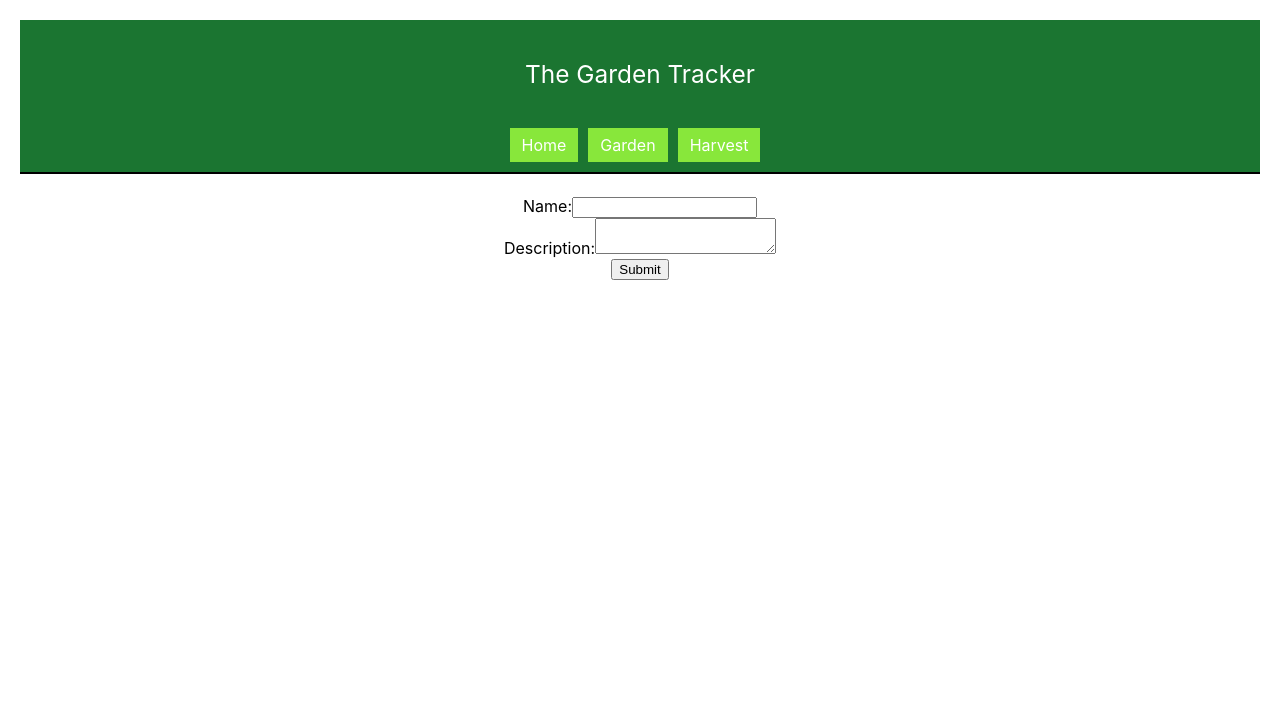
Repository: charliejp0311/ReactReduxFinal
Page: /garden (app in gardentracker/)
These files come from the project's save history. The page is drawn as it stood at one moment and after the next save; the edit follows.
The browser window is 1280 px wide. The pictures show the whole page.
The page's requests for data from a server got no answer. The project was rebuilt for these pictures with package versions that can differ from the ones it lists, and the page was loaded fresh each time. No one was signed in, and anything a server would have sent is missing. Also part of the build but not shown: gardentracker/src/containers/GardenbookContainer.js, gardentracker/src/components/GardenPlant.js, gardentracker/src/components/HarvestPlant.js, gardentracker/src/containers/HarvestContainer.js, gardentracker/src/components/UpdatePlantForm.js, gardentracker/src/components/NoteForm.js, gardentracker/src/components/noteList.js, gardentracker/src/containers/PlantContainer.js and 1 more.

Above is the page before, as saved 2020-11-12 09:29:04.

### gardentracker/src/index.js
import React from 'react';
import ReactDOM from 'react-dom';
//style
import './index.css';
//APP
import App from './containers/App';
//Reducer
import reducer from './redux/index'
//router
import { BrowserRouter } from "react-router-dom";
//store and middleware
import { Provider } from 'react-redux';
import { applyMiddleware, createStore } from 'redux';
import { composeWithDevTools } from 'redux-devtools-extension';
import thunk from 'redux-thunk';

const store = createStore(reducer, composeWithDevTools(
  applyMiddleware(thunk),
));


ReactDOM.render(
  <Provider store={store}>
    <BrowserRouter>
      <App />
    </BrowserRouter>
  </Provider>,
  document.getElementById('root')
);

### gardentracker/src/containers/App.js
import React,{Component} from 'react';
import '../App.css';
import { connect } from 'react-redux';
import {startSetGardenbook} from '../redux/actions';
import {Switch,Route} from 'react-router-dom';
import GardenbookContainer from './GardenbookContainer';
import GardenContainer from './GardenContainer';
import HarvestContainer from './HarvestContainer';
import PlantContainer from './PlantContainer';
import NavBar from '../components/Navbar';
import HarvestedPlant from '../components/HarvestedPlant';

class App extends Component {


  componentDidMount(){
    this.props.startSetGardenbook();

  };

  render(){
    return (
      <div className="App">
          <header className="App-header">
            The Garden Tracker
          </header>
          <NavBar />
          <Switch>
            <Route exact path='/' render={(props)=><GardenbookContainer {...props} />} />
            <Route exact path='/garden' render={(props)=><GardenContainer {...props} />}/>
            <Route exact path='/harvest' render={(props)=><HarvestContainer {...props}/>}/>
            <Route exact path='/plants/:id' render={(props)=><PlantContainer {...props}  />}/>
            <Route exact path='/harvested_plant/:id' render={props=><HarvestedPlant {...props} />} />
          </Switch>
      </div>
    );
  };
}

export default connect(null, {startSetGardenbook})(App);

### gardentracker/src/redux/index.js
import { combineReducers } from 'redux';
import garden from './GardenReducer'

export default combineReducers({
    garden
})

### gardentracker/src/App.css
.App {
  text-align: center;
  transition: margin-left .5s;
  padding: 20px;
}

.App-logo {
  height: 40vmin;
  pointer-events: none;
}

/* @media (prefers-reduced-motion: no-preference) {
  .App-logo {
    animation: App-logo-spin infinite 20s linear;
  }
} */

.App-header {
  background-color: #1b7531;
  min-height: 15vh;
  display: flex;
  flex-direction: column;
  align-items: center;
  justify-content: center;
  font-size: calc(10px + 2vmin);
  color: white;
}
.sidenav {
  height: 100%;
  /* 100% Full-height */
  width: 0;
  /* 0 width - change this with JavaScript */
  position: fixed;
  /* Stay in place */
  z-index: 1;
  /* Stay on top */
  top: 0;
  /* Stay at the top */
  left: 0;
  background-color: #1b7531;
  /* Black*/
  overflow-x: hidden;
  /* Disable horizontal scroll */
  padding-top: 60px;
  /* Place content 60px from the top */
  transition: 0.5s;
  /* 0.5 second transition effect to slide in the sidenav */
}

/* The navigation menu links */
.sidenav a {
  padding: 8px 8px 8px 32px;
  text-decoration: none;
  font-size: 25px;
  color: #818181;
  display: block;
  transition: 0.3s;
}

/* When you mouse over the navigation links, change their color */
.sidenav a:hover {
  color: #f1f1f1;
}

/* Position and style the close button (top right corner) */
.sidenav .closebtn {
  position: absolute;
  top: 0;
  right: 25px;
  font-size: 36px;
  margin-left: 50px;
}



/* On smaller screens, where height is less than 450px, change the style of the sidenav (less padding and a smaller font size) */
@media screen and (max-height: 450px) {
  .sidenav {
    padding-top: 15px;
  }

  .sidenav a {
    font-size: 18px;
  }
}

ul {
  list-style: none;
}

.garden div {
  column-count: auto;
}
.App-link {
  color: #beebf8;
}

.garden {
  display: grid;
  grid-template-columns: 3fr;
  grid-template-rows: auto;
  grid-gap: 25px;
  padding-top: 10px;
  padding-bottom: 30px;
}

.plant {
  height: auto;
  width: auto;
  box-shadow: 10px 10px grey;
  padding: 10px;
  border-radius: 10px;
}

.navBar a:link,
.navBar a:visited {
  background-color: #88e73b;
  color: white;
  padding: 7px 12px;
  text-align: center;
  text-decoration: none;
  display: inline-block;
}

.navBar a:hover,
.navBar a:active {
  background-color: #1b7531;
}

@keyframes App-logo-spin {
  from {
    transform: rotate(0deg);
  }
  to {
    transform: rotate(360deg);
  }
}

### gardentracker/src/redux/actions.js

export const startSetGardenbook = () => {
    return(dispatch, getState)=>{
        fetch('http://localhost:3001/gardenbooks/1')
            .then(resp=>resp.json())
            .then(data=> dispatch(setGardenbook(data)))
    };
};

export const startAddPlant = (plantData={}) => {
    const {name,description,gardenbook_id} = plantData;
    const plant ={
        name,
        description,
        gardenbook_id,
    };
    let configObj = {
        method: "POST",
        headers: {
            "Content-Type": "application/json",
            "Accept": "application/json"
        },
        body: JSON.stringify(plant)
    };
    return (dispatch, getState) =>{
        fetch(`http://localhost:3001/plants`, configObj )
        .then(resp=>resp.json())
        .then(json=>dispatch(addPlant(json)))
    };
};

export const startUpdatePlant = (plantData={}) => {
    const {name,description,gardenbook_id, id, growing} = plantData;
    const plant ={
        id,
        name,
        description,
        gardenbook_id,
        growing,
    };
    let configObj = {
        method: "PATCH",
        headers: {
            "Content-Type": "application/json",
            "Accept": "application/json"
        },
        body: JSON.stringify(plant)
    };
    return (dispatch, getState) =>{
        fetch(`http://localhost:3001/plants/${plant.id}`, configObj )
        .then(resp=>resp.json())
        .then(json=>dispatch(updatePlant(json)))
    };
};

export const startDeletePlant = (plantData={}) => {
    const {name,description,gardenbook_id, id, growing} = plantData;
    const plant ={
        id,
        name,
        description,
        gardenbook_id,
        growing,
    };
    let configObj = {
        method: "DELETE",
        headers: {
            "Content-Type": "application/json",
            "Accept": "application/json"
        },
        body: JSON.stringify(plant)
    };
    return (dispatch, getState) =>{
        fetch(`http://localhost:3001/plants/${plant.id}`, configObj )
        .then(resp=>resp.json())
        .then(json=>dispatch(deletePlant(json)))
    };
};
export const startDeleteNote = (id = '') => {
    const note = {
        id: id,
    }
    let configObj = {
        method: "DELETE",
        headers: {
            "Content-Type": "application/json",
            "Accept": "application/json"
        },
        body: JSON.stringify(note),
    };
    return (dispatch, getState) =>{
        fetch(`http://localhost:3001/notes/${note.id}`, configObj )
        .then(resp=>resp.json())
        .then(json=>dispatch(deleteNote(json)))
    };
};

export const startAddNote = (noteData={}) => {
    const {note,plant_id,gardenbook_id,actionId} = noteData;
    const newNote ={
        note,
        plant_id,
        gardenbook_id,
        action_id: actionId
    };
    let configObj = {
        method: "POST",
        headers: {
            "Content-Type": "application/json",
            "Accept": "application/json"
        },
        body: JSON.stringify(newNote)
    };
    return (dispatch, getState) =>{
        fetch(`http://localhost:3001/notes`, configObj )
        .then(resp=>resp.json())
        .then(json=>dispatch(addNote(json)))
    };
};

export const setGardenbook = (book)=>{
    return{
        type: "SET_GARDENBOOK",
        book
    }
}


//PLANTS
export const addPlant = (plant) => {
    return {type: 'ADD_PLANT',plant}
}
export const updatePlant = (plant) =>{
    return {type: 'UPDATE_PLANT',plant}
}
export const deletePlant = (plant) => {
    return {type: 'DELETE_PLANT',plant}
}
export const harvestPlant = (plant) => {
    return {type: 'HARVEST_PLANT',plant}
}

////NOTES

export const addNote = (note) => {
    return {type: 'ADD_NOTE',note}
}
export const deleteNote = (note) => {
    return {type: 'DELETE_NOTE',note}
}

### gardentracker/src/containers/GardenContainer.js
import React,{Component} from 'react';
import {connect} from 'react-redux';
import  PlantForm  from "../components/PlantForm";
import  PlantList  from "../components/PlantList";
import {SideNav} from '../components/sideNav'


class GardenContainer extends Component{

    render(){
        const plant = {}
        return(
        <div className='garden'>
            {/* <SideNav key={this.props.id} /> */}
            {this.props.SideNav(this.props.garden)}
            <PlantForm plant={plant} gardenbook_id={this.props.id} />
            <PlantList garden={this.props.garden} notes={this.props.notes}/>
        </div>
        );
    };
};

const mapStateToProps = state => {
    return{
        id: state.garden.id,
        garden: state.garden.garden,
        notes: state.garden.notes
    }
}

export default connect(mapStateToProps,{SideNav})(GardenContainer);

### gardentracker/src/components/Navbar.js
import React from 'react';
import { NavLink } from 'react-router-dom';

const NavBar = () => {
  return (
    <div className='navBar' style={{ borderBottom: '2px solid black', paddingBottom: '10px', marginBottom: '12px', background: '#1b7531' }}>
      <NavLink
        style={{ marginRight: '10px' }}
        to="/"
      >
        Home
      </NavLink>
      <NavLink
        style={{ marginRight: '10px' }}
        to="/garden"
      >
        Garden
      </NavLink>
      <NavLink
        style={{ marginRight: '10px' }}
        to="/harvest"
      >
        Harvest
      </NavLink>
    </div>
  );
}

export default NavBar;

### gardentracker/src/redux/GardenReducer.js
export default function garden (state = {
    id: '',
    garden: [],
    harvest: [],
    notes: [],
    actions: []
},action){
    switch (action.type) {
        case 'SET_GARDENBOOK':
            let parts = action.book.included
            let gl = []
            let hl = []
            let nl = []
            let al = []
            parts.forEach(part => {
                switch (part.type) {
                    case "action":
                        al.push(part.attributes)
                        break;
                    case "note":
                        nl.push(part.attributes)

                        break;
                    case "plant":
                        if(part.attributes.growing){
                            gl.push(part.attributes)
                        } else {
                            hl.push(part.attributes)
                        }
                        break;

                    default:
                        break;
                }
            });
            return {
                id: action.book.data.id,
                notes: nl,
                garden: gl,
                harvest: hl,
                actions: al,
            };

        case 'ADD_PLANT':
            return {
                ...state,
                garden: state.garden.concat({name: action.plant.name})
            };
        case 'UPDATE_PLANT':
            const plant = action.plant.data.attributes
            const {garden} = state
            const newG = garden.slice(0,plant.id-1)
            newG.push(plant, ...garden.slice(plant.id,garden.length))

            return {
                ...state,
                garden: newG,
            };
        case 'ADD_NOTE':
            const notesData = action.note.data
            const actionsData = action.note.included
            const actions = actionsData.map(action=>{return(action.attributes)})
            const notes = notesData.map(note=>{return(note.attributes)})
            return {
                ...state,
                notes: notes,
                actions: actions,
            };

        case 'DELETE_PLANT':
            const plants = action.plant.included;
            const freshGarden = plants.filter(plant=>plant.attributes.growing ? plant.attributes : null)

            return {
                ...state,
                garden: freshGarden.flat(),
            };
        case 'DELETE_NOTE':
            const allNotes = action.note.included;
            const ns = allNotes.map(note=>{return(note.attributes)});

            return {
                ...state,
                notes: ns,
            };

        case 'HARVEST_PLANT':
            let p = state.plants.filter(plant=>plant.name===action.plant.name) ;
            let inTheGarden = state.plants.filter(plant=>plant.name!==action.plant.name);
            return{
                ...state,
                plants: inTheGarden,
                harvest: state.harvest.concat(p),
            };

        default:
            return state;
    };
};

### gardentracker/src/components/plantForm.js
import React,{Component} from "react";
import { connect } from "react-redux";
import { startAddPlant } from '../redux/actions'
import {startSetGardenbook} from '../redux/actions';

class PlantForm extends Component {
    constructor(props){
        // console.log(props)
        super(props);
        this.state = {
            name: '',
            description: '',
        }
    }
    handleChange=e=>{
      switch (e.target.name) {
        case 'name':
            this.setState({
                ...this.state,
                name: e.target.value
            })
            break;
        case 'description':
            this.setState({
                ...this.state,
                description: e.target.value
            });
            break;
        default:
            break;
      };
    };

    handleSubmit=e=>{
        e.preventDefault();
        this.props.startAddPlant({...this.state, gardenbook_id: this.props.gardenbook_id})
        this.setState({
            ...this.state,
            name: "",
            description: "",
        });
        this.props.startSetGardenbook();
    };
    render(){
        return(
            <form onSubmit={this.handleSubmit}>
                <label htmlFor='name' >
                    Name:
                    <input type='text' name='name' onChange={this.handleChange} value={this.state.name}/>
                </label><br />
                <label htmlFor='description' >
                    Description:
                    <textarea name='description' onChange={this.handleChange} value={this.state.description}/>
                </label><br />
                <input type='submit' />
            </form>
        );
    };
};


export default connect(null,{startAddPlant, startSetGardenbook})(PlantForm);

### gardentracker/src/components/plantList.js
import React, { Component } from "react";
import {connect} from 'react-redux';
import GardenPlant from "./GardenPlant";
import HarvestPlant from "./HarvestPlant";

class PlantList extends Component{
    testHarvest(){
        let plants = []
        if (this.props.garden) {
            plants = this.props.garden.map(plant=><GardenPlant key={plant.id} plant={plant} />)
        }else{
            plants = this.props.harvest.map(plant=><HarvestPlant key={plant.id} plant={plant} />)
        }
        return plants;
    }

    render(){
        return(
            <div>{this.testHarvest()}</div>
        );
    };
};

export default connect(null)(PlantList);

### gardentracker/src/components/sideNav.js
import React from 'react';

export const SideNav=(pl)=>{
    const linkList = pl.map(plant=>{return(<a key={plant.id} href={`/plants/${plant.id}`}>{plant.name}</a>)})
    ///i want this to be either the plant list in the garden or the plant list in the harvest
    //should ge as props a list of plant id's
    return(
        <div id='side-Bar' className='sidenav'>
            {linkList}
        </div>
    );
};

Loaded but not shown: gardentracker/public/index.html (common file); gardentracker/src/index.css (common file)

After the next save:
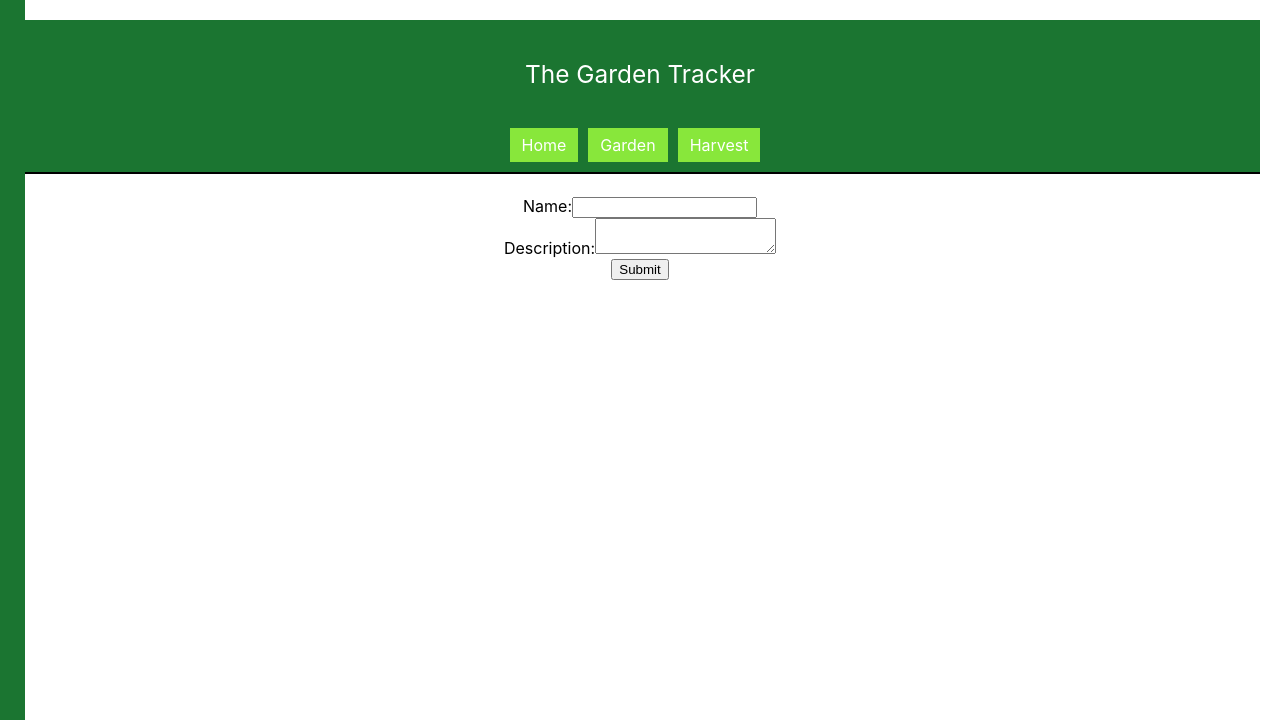
Saved 2 min 13 s later.
--- a/gardentracker/src/App.css
+++ b/gardentracker/src/App.css
@@ -27,8 +27,7 @@
 }
 .sidenav {
   height: 100%;
-  /* 100% Full-height */
-  width: 0;
+  width: 25px;
   /* 0 width - change this with JavaScript */
   position: fixed;
   /* Stay in place */
